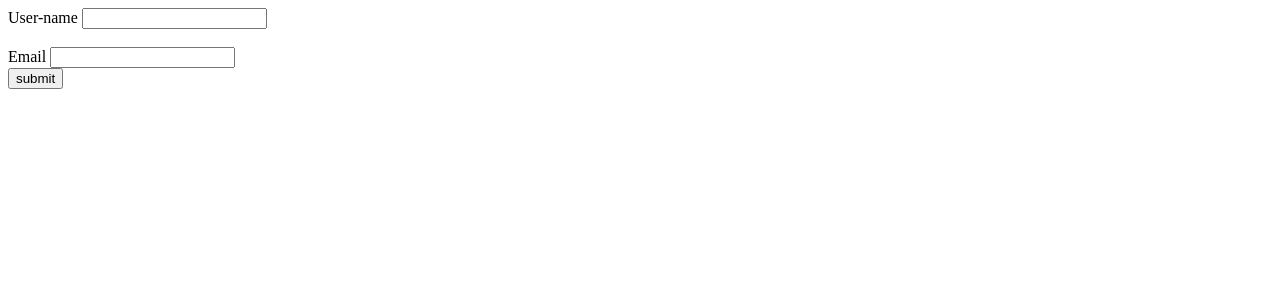
Repository: srinath9553717840/java
Page: spring-boot/SpringBootApplication1-5/src/main/webapp/index.html
The author's editor kept a copy of each file at every save. The page is drawn from the files as they stood at one save, then again after the next save.
The browser window is 1280 px wide. The pictures show the whole page.

Above is the page before, as saved 2019-06-15 17:44:37.

After the next save:
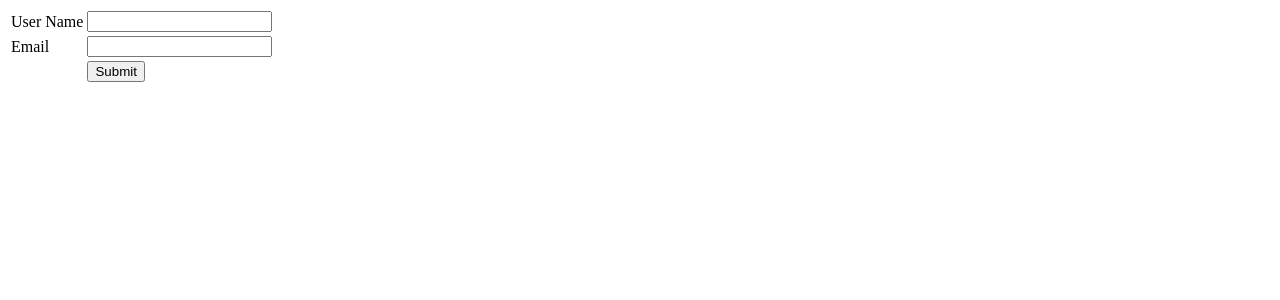
Saved 107 s later.
--- a/spring-boot/SpringBootApplication1-5/src/main/webapp/index.html
+++ b/spring-boot/SpringBootApplication1-5/src/main/webapp/index.html
@@ -1,19 +1,23 @@
-<body>
-
-<from action="save" method="post">
-
-<tr>
-<td><label for="user-name">User-name</label></td>
-<td><input type="text" name="name"></input></td>
-</tr><br><br>
-
-<tr>
-<td><label for="email">Email</label></td>
-<td><input type="text" name="email"></input></td>
-</tr><br>
-
-<tr>
-<td><input type="submit" value="submit"></input></td>
-
-</from>
-</body>
+<html lang="en">
+    <head>
+        <title>Index Page</title>
+    </head>
+    <body>
+        <form action="save" method="post">
+            <table>
+                <tr>
+                    <td><label for="user-name">User Name</label></td>
+                    <td><input type="text" name="name"></input></td>
+                </tr>
+                <tr>
+                    <td><label for="email">Email</label></td>
+                    <td><input type="text" name="email"></input></td>
+                </tr>
+                <tr>
+                    <td></td>
+                    <td><input type="submit" value="Submit"></input></td>
+                </tr>
+            </table>
+        </form>
+    </body>
+</html>
